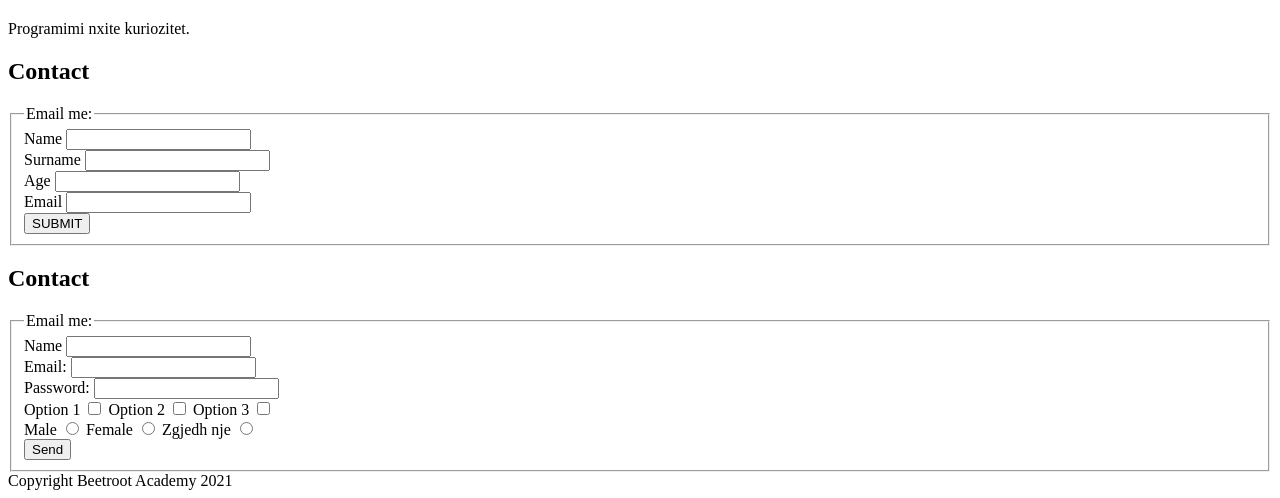
Repository: lendk/beetroot-fe-g1
Page: 02/index.html
An editor plug-in stored every save of this project. The page is shown before and after the next save, followed by the edit.
The browser window is 1280 px wide. The pictures show the part of the page from y = 1471 to 2069 px (the page is 1969 px tall before and 2069 px after).

Above is the page before, as saved 2021-01-16 10:56:06.

### 02/index.html
<!DOCTYPE html>

<html>

<head>
  <title>Ligjerata 2/3 Html5</title>
</head>

<body>
  <header id="main-header">
    <h1>Profili im</h1>
    <nav>
      <ul>
        <li><a href="#ditari">Ditari</a></li>
        <li><a href="#hobbies">Hobbies</a></li>
        <li><a href="#contact">Contact</a></li>
      </ul>
    </nav>
  </header>
  <main class="main-content main-content-home">
    <section id="ditari">
      <h2>Ditari i notave</h2>
      <table>
        <thead>
          <tr>
            <th>Notat Homework</th>
            <th>Notat e testeve</th>
          </tr>
        </thead>
        <tbody>
          <tr>
            <td>100</td>
            <td>100</td>
          </tr>
        </tbody>
        <tfoot>
          <td>Totali pikve: 100</td>
          <td>Totali pikve: 100</td>
        </tfoot>
      </table>
    </section>
    <section id="hobbies">
      <h2>Hobit e mi</h2>
      <article>
        <a href="#">
          <h3>Dizajni Grafik</h3>
          <img src="https://ultimaxdesigns.com/wp-content/uploads/2020/07/h5J594mu7Wh2NG4cYEyesj-1200-80.png" alt="adobe suite" width="550" height="300">
          <p>Permes programeve te ndryshme te Adobe, une mund ta shpreh kreativitetin.</p>
        </a>
      </article>
      <article>
        <h3>Vrapimi</h3>
        <img src="https://www.sciencemag.org/sites/default/files/styles/article_main_large/public/1036780592-1280x720.jpg?itok=QykjHcAC" alt="running" width="550" height="300">
        <p>Vrapimi eshte aktivitet i mire per trupin si dhe per mendjen.</p>
      </article>
      <article>
        <h3>Programimi</h3>
        <img src="https://miro.medium.com/max/12032/0*Fu_vcP7P_uHF1Szk" alt="programming" width="550" height="300">
        <p>Programimi nxite kuriozitet.</p>
      </article>
    </section>
    <section id="contact">
      <h2>Contact</h2>
      <form>
        <fieldset>
          <legend>Email me:</legend>
          <label for="name-input">Name</label>
          <input type="text" id="name-input" /></br>
          <label for="surname-input">Surname</label>
          <input type="number" id="age-input" /></br>
          <label for="age-input">Age</label>
          <input type="email" id="name-input" /></br>
          <label for="email-input">Email</label>
          <input type="email" id="email-input" /></br>
          <input type="submit" value="SUBMIT" />
        </fieldset>
        </fieldset>
      </form>
    </section>
    <section id="contact2">
      <h2>Contact</h2>
      <form action="">
        <fieldset>
          <legend>Email me:</legend>
          <label for="nameInput">Name</label>
          <input type="text" id="nameInput">
          <br>
          <label for="inputEmail">Email: </label>
          <input type="email" id="inputEmail">
          <br>
          <label for="inputPassword">Password: </label>
          <input type="password" id="inputPassword">
          <br>
          <label for="option1">Option 1</label>
          <input type="checkbox" id="option1">
          <label for="option2">Option 2</label>
          <input type="checkbox" id="option2">
          <label for="option3">Option 3</label>
          <input type="checkbox" id="option3">
          <br>
          <label for="inputMale">Male</label>
          <input type="radio" id="inputMale" name="gender">
          <label for="inputFemale">Female</label>
          <input type="radio" id="inputFemale" name="gender">

          <label for="">Zgjedh nje</label>
          <input type="radio" id="test-1" name="">
          <br>
          <input type="submit" value="Send">
        </fieldset>
      </form>
    </section>
  </main>
  <footer>
    <span>Copyright Beetroot Academy 2021</span>
  </footer>

</body>

</html>

After the next save:
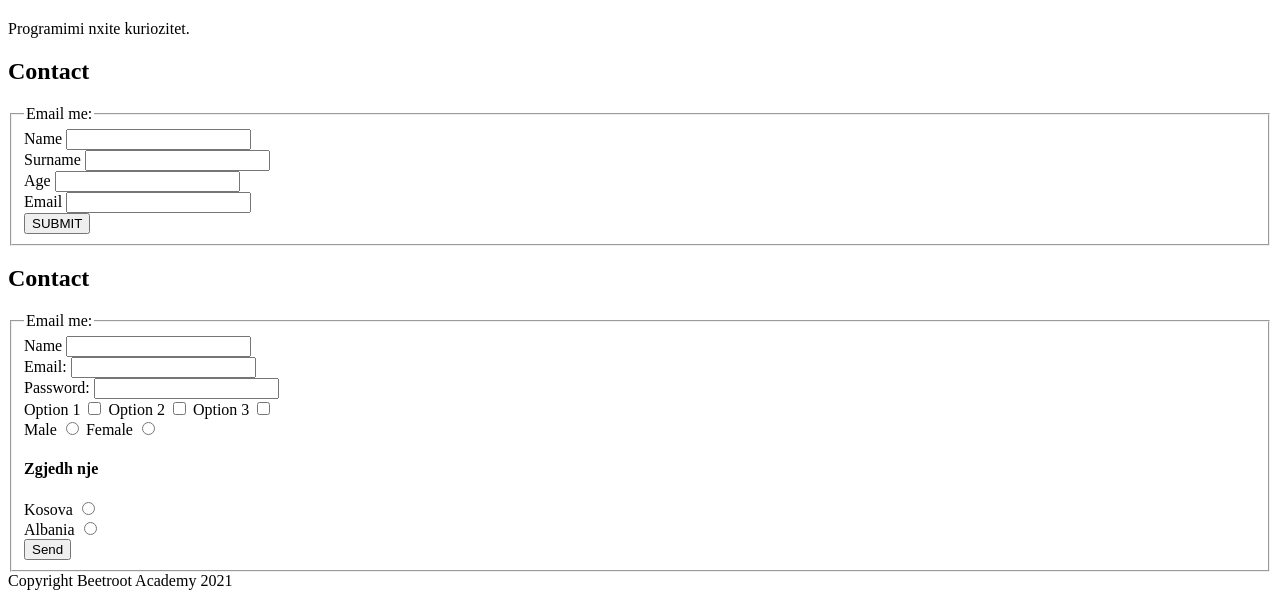
Saved 60 s later.
--- a/02/index.html
+++ b/02/index.html
@@ -103,8 +103,12 @@
           <label for="inputFemale">Female</label>
           <input type="radio" id="inputFemale" name="gender">
 
-          <label for="">Zgjedh nje</label>
-          <input type="radio" id="test-1" name="">
+          <h4>Zgjedh nje</h4>
+          <label for="kosova">Kosova</label>
+          <input type="radio" id="kosova" name="shteti">
+          <br>
+          <label for="albania">Albania</label>
+          <input type="radio" id="albania" name="shteti">
           <br>
           <input type="submit" value="Send">
         </fieldset>
